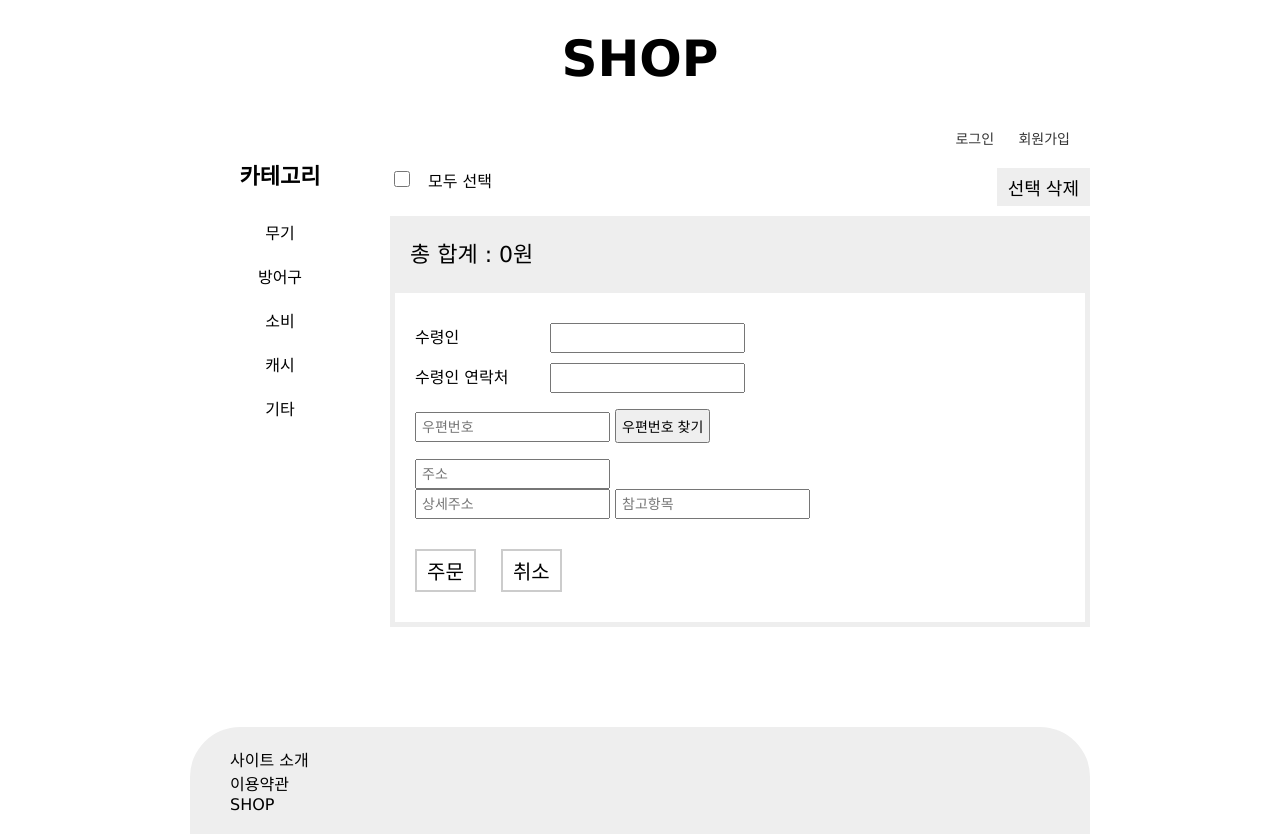
Repository: leesoonyong/shopping-mall
Page: http://localhost/shop/WEB-INF/views/shop/cartList.jsp
An editor plug-in stored every save of this project. The page is shown before and after the next save, followed by the edit.
The browser window is 1280 px wide. The pictures show the whole page.
After loading, the first visible `button.orderOpne_bnt` was clicked once.
The page is served by Tomcat 9. Nobody is signed in. Other server files are loaded and not shown. The template is opened directly, without the code that normally fills it, so the values that code supplies are empty.

Above is the page before, as saved 2020-09-16 02:12:33.

### shop/src/main/webapp/WEB-INF/views/shop/cartList.jsp
<%@ taglib uri="http://java.sun.com/jsp/jstl/core" prefix="c" %>
<%@ taglib prefix="fmt" uri="http://java.sun.com/jsp/jstl/fmt"%>
<%@ page language="java" contentType="text/html; charset=UTF-8" pageEncoding="UTF-8"%>
<!DOCTYPE html>
<html>
<head>
<meta charset="UTF-8">
<script src='https://code.jquery.com/jquery-3.3.1.min.js'></script>
<style>
body {
	margin: 0;
	padding: 0;
	font-family: '맑은 고딕', verdana;
}

a {
	color: #05f;
	text-decoration: none;
}

a:hover {
	text-decoration: underline;
}

h1, h2, h3, h4, h5, h6 {
	margin: 0;
	padding: 0;
}

ul, lo, li {
	margin: 0;
	padding: 0;
	list-style: none;
}

/* ---------- */
div#root {
	width: 900px;
	margin: 0 auto;
}

header#header {

}

nav#nav {

}

section#container {

}

section#content {
	float: right;
	width: 700px;
}

aside#aside {
	float: left;
	width: 180px;
}

section#container::after {
	content: "";
	display: block;
	clear: both;
}

footer#footer {
	background: #eee;
	padding: 20px;
}

/* ---------- */
header#header div#header_box {
	text-align: center;
	padding: 30px 0;
}

header#header div#header_box h1 {
	font-size: 50px;
}

header#header div#header_box h1 a {
	color: #000;
}

nav#nav div#nav_box {
	font-size: 14px;
	padding: 10px;
	text-align: right;
}

nav#nav div#nav_box li {
	display: inline-block;
	margin: 0 10px;
}

nav#nav div#nav_box li a {
	color: #333;
}

section#container {

}

aside#aside h3 {
	font-size: 22px;
	margin-bottom: 20px;
	text-align: center;
}

aside#aside li {
	font-size: 16px;
	text-align: center;
}

aside#aside li a {
	color: #000;
	display: block;
	padding: 10px 0;
}

aside#aside li a:hover {
	text-decoration: none;
	background: #eee;
}

footer#footer {
	margin-top: 100px;
	border-radius: 50px 50px 0 0;
}

footer#footer div#footer_box {
	padding: 0 20px;
}

aside#aside li {
	position: relative;
}

aside#aside li:hover {
	background: #eee;
}

aside#aside li>ul.low {
	display: none;
	position: absolute;
	top: 0;
	left: 180px;
}

aside#aside li:hover>ul.low {
	display: block;
}

aside#aside li:hover>ul.low li a {
	background: #eee;
	border: 1px solid #eee;
}

aside#aside li:hover>ul.low li a:hover {
	background: #fff;
}

aside#aside li>ul.low li {
	width: 180px;
}
/*
section#content ul li {
	display: inline-block;
	margin: 10px;
}

section#content div.goodsThumb img {
	width: 200px;
	height: 200px;
}

section#content div.goodsName {
	padding: 10px 0;
	text-align: center;
}

section#content div.goodsName a {
	color: #000;
}
*/
 section#content ul li { margin:10px 0; }
 section#content ul li img { width:250px; height:250px; }
 section#content ul li::after { content:""; display:block; clear:both; }
 section#content div.thumb { float:left; width:250px; }
 section#content div.gdsInfo { float:right; width:calc(100% - 270px); }
 section#content div.gdsInfo { font-size:20px; line-height:2; }
 section#content div.gdsInfo span { display:inline-block; width:100px; font-weight:bold; margin-right:10px; }
 section#content div.gdsInfo .delete { text-align:right; }
 section#content div.gdsInfo .delete button { font-size:22px;
            padding:5px 10px; border:1px solid #eee; background:#eee;}



.allCheck { float:left; width:200px; }
.allCheck input { width:16px; height:16px; }
.allCheck label { margin-left:10px; }
.delBtn { float:right;  text-align:right; }
.delBtn button { font-size:18px; padding:5px 10px; border:1px solid #eee; background:#eee;}

.checkBox { width:30px; }
.checkBox input { width:16px; height:16px; }


.listResult { padding:20px; background:#eee; }
.listResult .sum { float:left; width:45%; font-size:22px; }

.listResult .orderOpne { float:right; width:45%; text-align:right; }
.listResult .orderOpne button { font-size:18px; padding:5px 10px; border:1px solid #999; background:#fff;}
.listResult::after { content:""; display:block; clear:both; }

.orderInfo { border:5px solid #eee; padding:20px; display:none;}
.orderInfo .inputArea { margin:10px 0; }
.orderInfo .inputArea label { display:inline-block; width:120px; margin-right:10px; }
.orderInfo .inputArea input { font-size:14px; padding:5px; }
#userAddr2, #userAddr3 { width:250px; }

.orderInfo .inputArea:last-child { margin-top:30px; }
.orderInfo .inputArea button { font-size:20px; border:2px solid #ccc; padding:5px 10px; background:#fff; margin-right:20px;}\

.orderInfo .inputArea #sample6_address { width:230px; }
.orderInfo .inputArea #sample2_sample6_detailAddress { width:280px; }
.orderInfo .inputArea #sample2_extraAddress { display:none; }

</style>
<script src="https://t1.daumcdn.net/mapjsapi/bundle/postcode/prod/postcode.v2.js"></script>
<script>
function sample6_execDaumPostcode() {
    new daum.Postcode({
        oncomplete: function(data) {
            // 팝업에서 검색결과 항목을 클릭했을때 실행할 코드를 작성하는 부분.

            // 각 주소의 노출 규칙에 따라 주소를 조합한다.
            // 내려오는 변수가 값이 없는 경우엔 공백('')값을 가지므로, 이를 참고하여 분기 한다.
            var addr = ''; // 주소 변수
            var extraAddr = ''; // 참고항목 변수

            //사용자가 선택한 주소 타입에 따라 해당 주소 값을 가져온다.
            if (data.userSelectedType === 'R') { // 사용자가 도로명 주소를 선택했을 경우
                addr = data.roadAddress;
            } else { // 사용자가 지번 주소를 선택했을 경우(J)
                addr = data.jibunAddress;
            }

            // 사용자가 선택한 주소가 도로명 타입일때 참고항목을 조합한다.
            if(data.userSelectedType === 'R'){
                // 법정동명이 있을 경우 추가한다. (법정리는 제외)
                // 법정동의 경우 마지막 문자가 "동/로/가"로 끝난다.
                if(data.bname !== '' && /[동|로|가]$/g.test(data.bname)){
                    extraAddr += data.bname;
                }
                // 건물명이 있고, 공동주택일 경우 추가한다.
                if(data.buildingName !== '' && data.apartment === 'Y'){
                    extraAddr += (extraAddr !== '' ? ', ' + data.buildingName : data.buildingName);
                }
                // 표시할 참고항목이 있을 경우, 괄호까지 추가한 최종 문자열을 만든다.
                if(extraAddr !== ''){
                    extraAddr = ' (' + extraAddr + ')';
                }
                // 조합된 참고항목을 해당 필드에 넣는다.
                document.getElementById("sample6_extraAddress").value = extraAddr;

            } else {
                document.getElementById("sample6_extraAddress").value = '';
            }

            // 우편번호와 주소 정보를 해당 필드에 넣는다.
            document.getElementById('sample6_postcode').value = data.zonecode;
            document.getElementById("sample6_address").value = addr;
            // 커서를 상세주소 필드로 이동한다.
            document.getElementById("sample6_detailAddress").focus();
        }
    }).open();
}
</script>
</head>
<body>
<div id="root">
	<header id="header">
		<div id="header_box">
			<%@ include file="../include/header.jsp" %>
		</div>
	</header>

	<nav id="nav">
		<div id="nav_box">
			<%@ include file="../include/nav.jsp" %>
		</div>
	</nav>

	<section id="container">
		<aside id="aside">
			<%@ include file="../include/aside.jsp" %>
		</aside>
		<div id="container_box">
			<section id="content">
					<ul>
						<li>
							<div class="allCheck">
								<input type="checkbox" name="allCheck" id="allCheck" />
								<label	for="allCheck">모두 선택</label>
								<script>
									$("#allCheck").click(function(){
										 var chk = $("#allCheck").prop("checked");
										 if(chk) {
										  $(".chBox").prop("checked", true);
										 } else {
										  $(".chBox").prop("checked", false);
										 }
									});
								</script>
							</div>

							<div class="delBtn">
								<button type="button" class="selectDelete_btn">선택 삭제</button>

								<script>
								$(".selectDelete_btn").click(function(){
									var confirm_val = confirm("정말 삭제하시겠습니까?");

									if(confirm_val){
										var checkArr = new Array();

										$("input[class='chBox']:checked").each(function(){
											checkArr.push($(this).attr("data-cartNum"));
										});

										$.ajax({
											url : "/shop/deleteCart",
											type : "post",
											data : {
												chbox : checkArr
											},
											success : function(result){
												if(result == 1){
													location.href = "/shop/cartList";
												}else{
													alert("삭제 실패");
												}
											}
										});
									}
								});



								</script>
							</div>

						</li>
						<c:set var="sum" value="0"/>
						<c:forEach items="${cartList}" var="cartList">
							<li>
								<div class="checkBox">
									<input type="checkbox" name="chBox" class="chBox" data-cartNum="${cartList.cartNum}" />
									<script>
										$(".chBox").click(function(){
											$("#allCheck").prop("checked", false);
										});
									</script>
								</div>

								<div class="thumb">
									<img src="${cartList.gdsThumbImg}" />
								</div>
								<div class="gdsInfo">
									<p>
										<span>상품명</span>${cartList.gdsName}<br />
										<span>개당 가격</span>
										<fmt:formatNumber pattern="###,###,###" value="${cartList.gdsPrice}"/> 원<br />
										<span>구입 수량</span>${cartList.cartStock} 개<br />
										<span>최종가격</span>
										<fmt:formatNumber pattern="###,###,###" value="${cartList.gdsPrice * cartList.cartStock}" /> 원
									</p>

									<div class="delete">
										<button type="button" class="delete_${cartList.cartNum}_btn" data-cartNum="${cartList.cartNum}">삭제</button>
										<script>
											$(".delete_${cartList.cartNum}_btn").click(function(){
												var confirm_val = confirm("정말 삭제하시겠습니까?");

												if(confirm_val){
													var checkArr = new Array();

													checkArr.push($(this).attr("data-cartNum"));


													$.ajax({
														url : "/shop/deleteCart",
														type : "post",
														data : {
															chbox : checkArr
														},
														success : function(result){
															if(result == 1){
																location.href = "/shop/cartList";
															}else{
																alert("삭제 실패");
															}
														}
													});
												}
											});
										</script>
									</div>
								</div>
							</li>
						<c:set var="sum" value="${sum + (cartList.gdsPrice * cartList.cartStock)}"/>
						</c:forEach>
					</ul>
					<div class="listResult">
						<div class="sum">
							총 합계 : <fmt:formatNumber pattern="###,###,###" value="${sum}"/>원
						</div>
						<div class="orderOpne">
							<button type="button" class="orderOpne_bnt">주문 정보 입력</button>
							<script>
								$(".orderOpne_bnt").click(function(){
									$(".orderInfo").slideDown();
									$(".orderOpne_bnt").slideUp();
								});
							</script>
						</div>
					</div>
					<div class="orderInfo">
						<form method="post">
							<input type="hidden" name="amount" value="${sum}"/>

							<div class="inputArea">
								<label for="">수령인</label>
								<input type="text" name="orderRec" id="orderRec" required="required"/>
							</div>

							<div class="inputArea">
								<label for="orderPhon">수령인 연락처</label>
								<input type="text" name="orderPhon" id="orderPhon" required="required"/>
							</div>
							<div class="inputArea">
								<p>
									<input type="text" id="sample6_postcode" placeholder="우편번호">
									<input type="button" onclick="sample6_execDaumPostcode()" value="우편번호 찾기"><br>
								</p>
								<p>
									<input type="text" name= userAddr1 id="sample6_address" placeholder="주소"><br>
									<input type="text" name= userAddr2 id="sample6_detailAddress" placeholder="상세주소">
									<input type="text" name= userAddr3 id="sample6_extraAddress" placeholder="참고항목">
								</p>
							</div>
							<!--
							<div class="inputArea">
								<label for="userAddr">우편번호</label>
								<input type="text" name="userAddr1" id="userAddr1" required="required"/>
							</div>

							<div class="inputArea">
								<label for="userAddr2">1차 주소</label>
								<input type="text" name="userAddr2" id="userAddr2" required="required"/>
							</div>

							<div class="inputArea">
								<label for="userAddr3">2차 주소</label>
								<input type="text" name="userAddr3" id="userAddr3" required="required"/>
							</div>
							-->


							<div class="inputArea">
								<button type="submit" class="order_btn">주문</button>
								<button type="button" class="cancel_btn">취소</button>

								<script>
									$(".cancel_btn").click(function(){
										$(".orderInfo").slideUp();
										$(".orderOpne_bnt").slideDown();
									});
								</script>
							</div>
						</form>

					</div>
				</section>
		</div>
	</section>

	<footer id="footer">
		<div id="footer_box">
			<%@ include file="../include/footer.jsp" %>
		</div>
	</footer>
</div>


</body>
</html>

### shop/src/main/webapp/WEB-INF/views/include/header.jsp
<%@ taglib uri="http://java.sun.com/jsp/jstl/core" prefix="c" %>
<%@ page language="java" contentType="text/html; charset=UTF-8" pageEncoding="UTF-8"%>
<h1 class="title">
	<a href="/">SHOP</a>
</h1>

### shop/src/main/webapp/WEB-INF/views/include/nav.jsp
<%@ taglib uri="http://java.sun.com/jsp/jstl/core" prefix="c" %>
<%@ page language="java" contentType="text/html; charset=UTF-8" pageEncoding="UTF-8"%>
<ul>
<c:if test="${member == null}">
	<li>
		<a href="/member/signIn">로그인</a>
	</li>
	<li>
		<a href="/member/signUp">회원가입</a>
	</li>
</c:if>
<c:if test="${member != null}">
	<c:if test="${member.verify == 9}">
	<li>
		<a href="/admin/index">관리자 화면</a>
	</li>
	</c:if>
	<li>
		${member.userName}님 환영합니다.
	</li>
	<li>
		<a href="/shop/cartList">카트 리스트</a>
	</li>
		<li>
		<a href="/shop/orderList">주문 리스트</a>
	</li>
	<li>
		<a href="/member/signOut">로그아웃</a>
	</li>
</c:if>
</ul>

### shop/src/main/webapp/WEB-INF/views/include/aside.jsp
<%@ taglib uri="http://java.sun.com/jsp/jstl/core" prefix="c" %>
<%@ page language="java" contentType="text/html; charset=UTF-8" pageEncoding="UTF-8"%>

<h3>카테고리</h3>
<ul>
	<li><a href="/shop/list?c=100&l=1">무기</a>
		<ul class="low">
			<li><a href="/shop/list?c=101&l=2">아케인셰이드</a></li>
			<li><a href="/shop/list?c=102&l=2">앱솔랩스</a></li>
			<li><a href="/shop/list?c=103&l=2">파프니르</a></li>
			<li><a href="/shop/list?c=104&l=2">펜살리르</a></li>
			<li><a href="/shop/list?c=105&l=2">무스펠</a></li>
			<li><a href="/shop/list?c=106&l=2">네크로</a></li>
		</ul>
	</li>
	<li><a href="/shop/list?c=200&l=1">방어구</a>
		<ul class="low">
			<li><a href="/shop/list?c=201&l=2">아케인셰이드</a></li>
			<li><a href="/shop/list?c=202&l=2">앱솔랩스</a></li>
			<li><a href="/shop/list?c=203&l=2">파프니르</a></li>
			<li><a href="/shop/list?c=204&l=2">펜살리르</a></li>
			<li><a href="/shop/list?c=205&l=2">무스펠</a></li>
			<li><a href="/shop/list?c=206&l=2">네크로</a></li>
		</ul>
	</li>
	<li><a href="/shop/list?c=300&l=1">소비</a>
		<ul class="low">
			<li><a href="/shop/list?c=301&l=2">회복 아이템</a></li>
			<li><a href="/shop/list?c=302&l=2">연금술 아이템</a></li>
			<li><a href="/shop/list?c=303&l=2">주문서</a></li>
			<li><a href="/shop/list?c=304&l=2">스킬북</a></li>
			<li><a href="/shop/list?c=305&l=2">기타</a></li>
		</ul>
	</li>
	<li><a href="/shop/list?c=400&l=1">캐시</a>
		<ul class="low">
			<li><a href="/shop/list?c=401&l=2">강화</a></li>
			<li><a href="/shop/list?c=402&l=2">게임</a></li>
			<li><a href="/shop/list?c=403&l=2">코디</a></li>
			<li><a href="/shop/list?c=404&l=2">뷰티</a></li>
			<li><a href="/shop/list?c=405&l=2">펫</a></li>
			<li><a href="/shop/list?c=406&l=2">기타</a></li>
		</ul>

	</li>
	<li><a href="/shop/list?c=500&l=1">기타</a>
		<ul class="low">
			<li><a href="/shop/list?c=501&l=2">의자</a></li>
			<li><a href="/shop/list?c=502&l=2">전문기술</a></li>
		</ul>
	</li>
</ul>

### shop/src/main/webapp/WEB-INF/views/include/footer.jsp
<%@ taglib uri="http://java.sun.com/jsp/jstl/core" prefix="c" %>
<%@ page language="java" contentType="text/html; charset=UTF-8" pageEncoding="UTF-8"%>
<ul>
	<li>사이트 소개</li>
	<li>이용약관</li>
	<li>SHOP</li>
</ul>

After the next save:
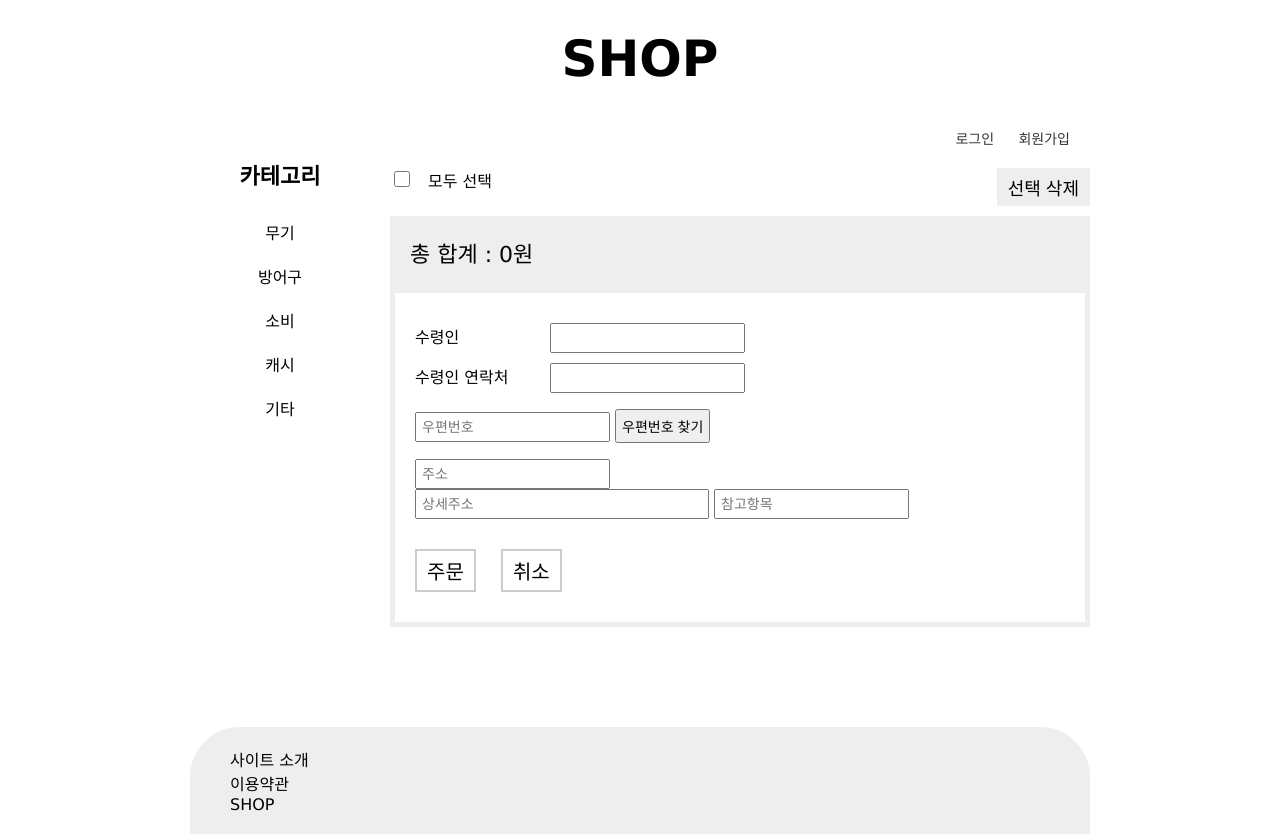
Saved 5 s later.
--- a/shop/src/main/webapp/WEB-INF/views/shop/cartList.jsp
+++ b/shop/src/main/webapp/WEB-INF/views/shop/cartList.jsp
@@ -227,7 +227,7 @@ section#content div.goodsName a {
 .orderInfo .inputArea button { font-size:20px; border:2px solid #ccc; padding:5px 10px; background:#fff; margin-right:20px;}\
 
 .orderInfo .inputArea #sample6_address { width:230px; }
-.orderInfo .inputArea #sample2_sample6_detailAddress { width:280px; }
+.orderInfo .inputArea #sample6_detailAddress { width:280px; }
 .orderInfo .inputArea #sample2_extraAddress { display:none; }
 
 </style>
